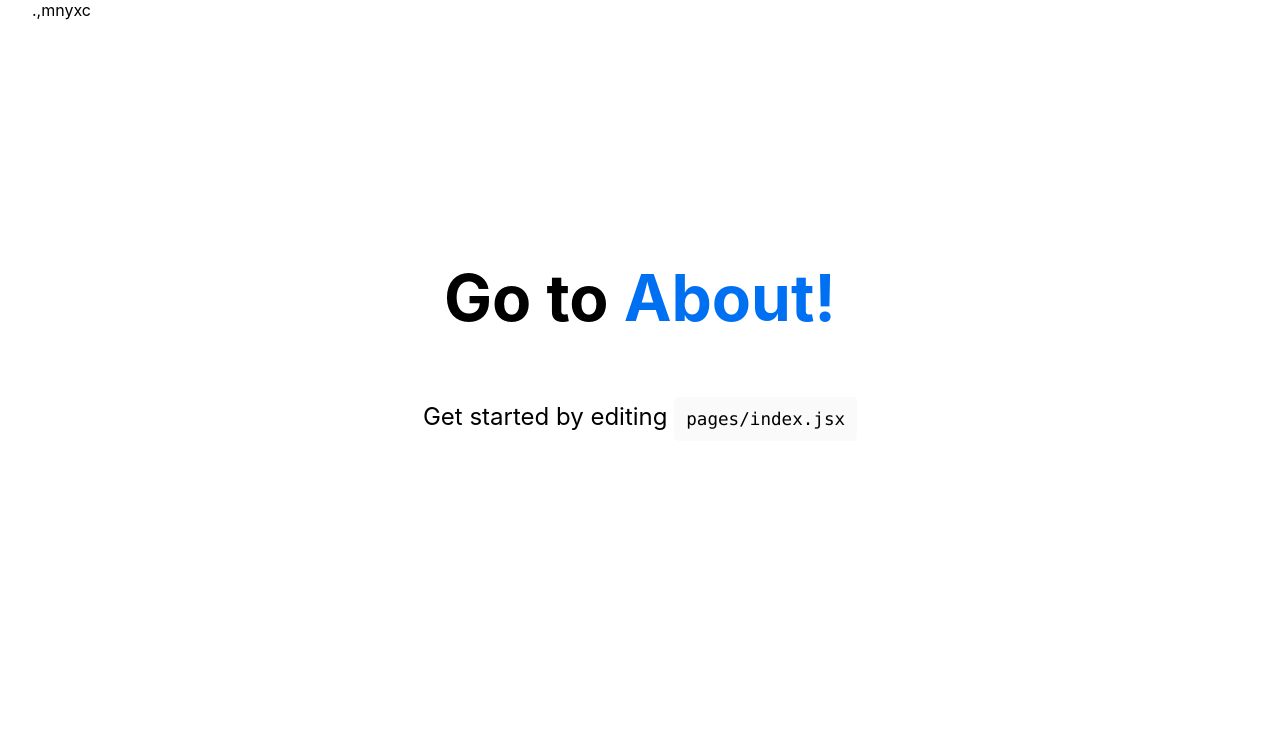
Repository: juagarc4/next-vercel-deploy
Page: /
These files come from the project's save history. The page is drawn as it stood at one moment and after the next save; the edit follows.
The browser window is 1280 px wide. The pictures show the whole page.
The project was rebuilt for these pictures with package versions that can differ from the ones it lists, and the page was loaded fresh each time. The framework's server and built-in components were replaced by stand-ins that run in the browser. Also part of the build but not shown: next.config.js.

Above is the page before, as saved 2022-04-28 19:14:21.

### pages/index.jsx
import Head from 'next/head'
import Link from 'next/link'
import styles from '../styles/Home.module.css'

export default function HomePage() {
  return (
    <div className={styles.container}>
      <Head>
        <title>Home - Initial App</title>
        <meta name='description' content='Home Page' />
        <link rel='icon' href='/favicon.ico' />
      </Head>
    <nav>.,mnyxc</nav>
      <main className={styles.main}>
        <h1 className={styles.title}>
          Go to <Link href='/about'>About!</Link>
        </h1>

        <p className={styles.description}>
          Get started by editing <code className={styles.code}>pages/index.jsx</code>
        </p>
      </main>
    </div>
  )
}

Loaded but not shown: pages/_app.js (common file); styles/globals.css (common file); styles/Home.module.css (common file)

After the next save:
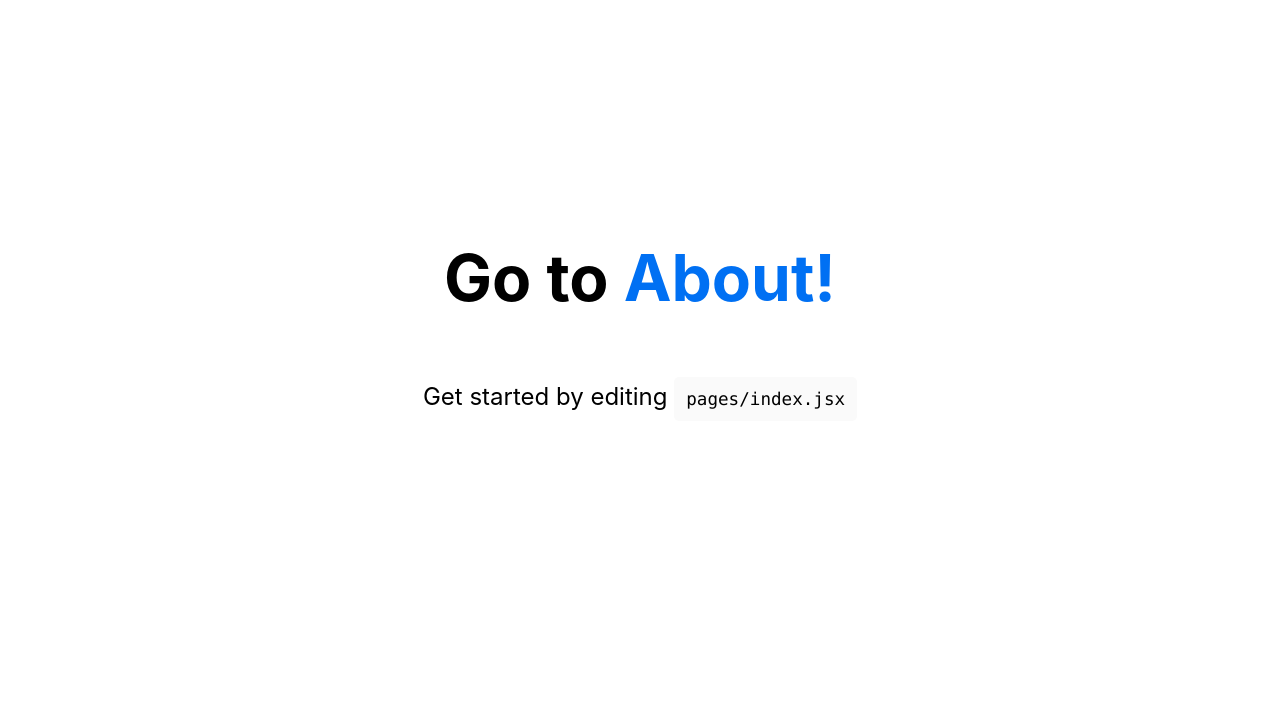
Saved 4 s later.
--- a/pages/index.jsx
+++ b/pages/index.jsx
@@ -10,7 +10,7 @@
         <meta name='description' content='Home Page' />
         <link rel='icon' href='/favicon.ico' />
       </Head>
-    <nav>.,mnyxc</nav>
+    <nav></nav>
       <main className={styles.main}>
         <h1 className={styles.title}>
           Go to <Link href='/about'>About!</Link>

After the 5 saves that followed:
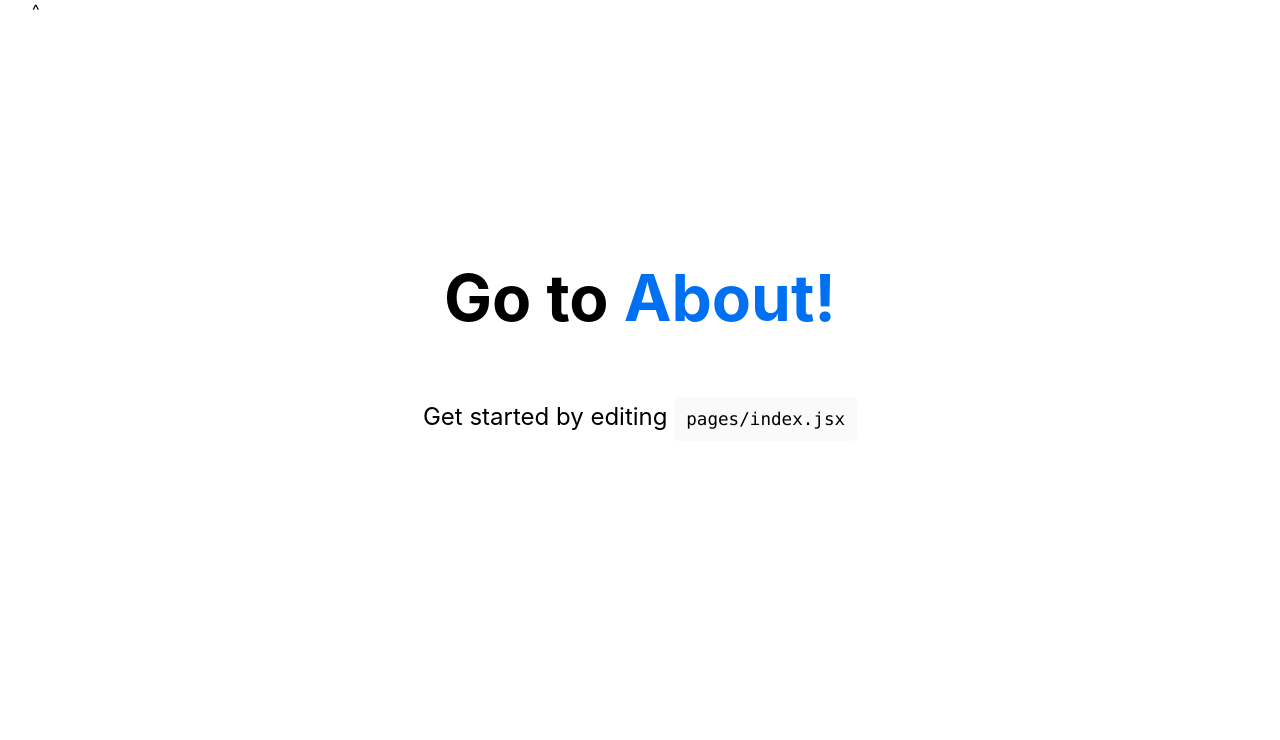
The 5 saves are shown as one change because 2 left the picture as it was and some came seconds apart.
The last was saved 12 min 28 s later.
--- a/pages/index.jsx
+++ b/pages/index.jsx
@@ -10,7 +10,7 @@
         <meta name='description' content='Home Page' />
         <link rel='icon' href='/favicon.ico' />
       </Head>
-    <nav></nav>
+    <nav>^</nav>
       <main className={styles.main}>
         <h1 className={styles.title}>
           Go to <Link href='/about'>About!</Link>
